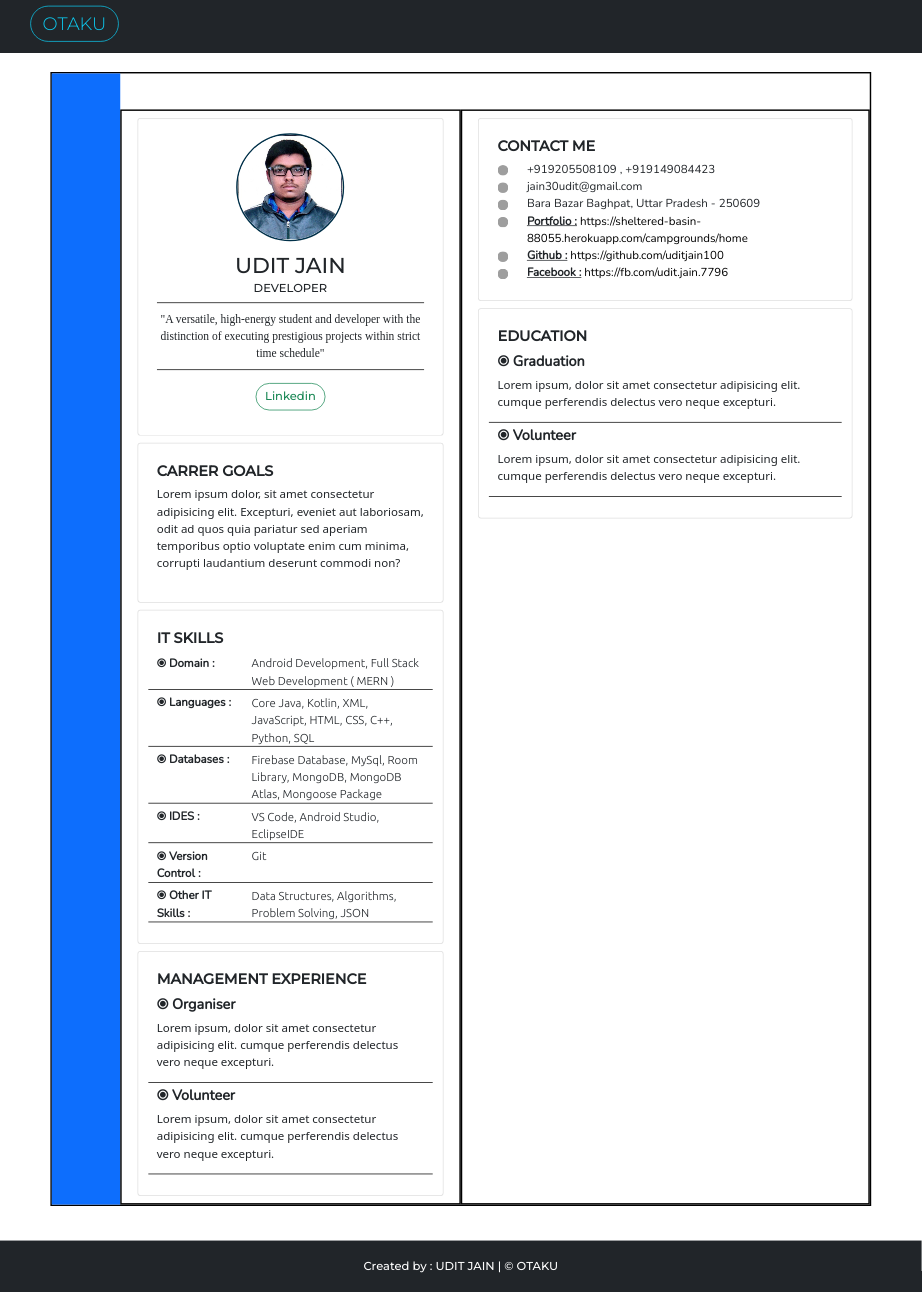
Repository: uditjain100/Responsive-Resume
Page: layouts/index.html
An editor plug-in stored every save of this project. The page is shown before and after the next save, followed by the edit.
The browser window is 1280 px wide. The pictures show the whole page, at 72% of full size.
Pictures or frames that could not be fetched are drawn as grey boxes. Some web fonts or font styles are not loaded; a fallback is used. Some web libraries are served in a nearby version.

Above is the page before, as saved 2021-03-01 17:37:25.

After the next save:
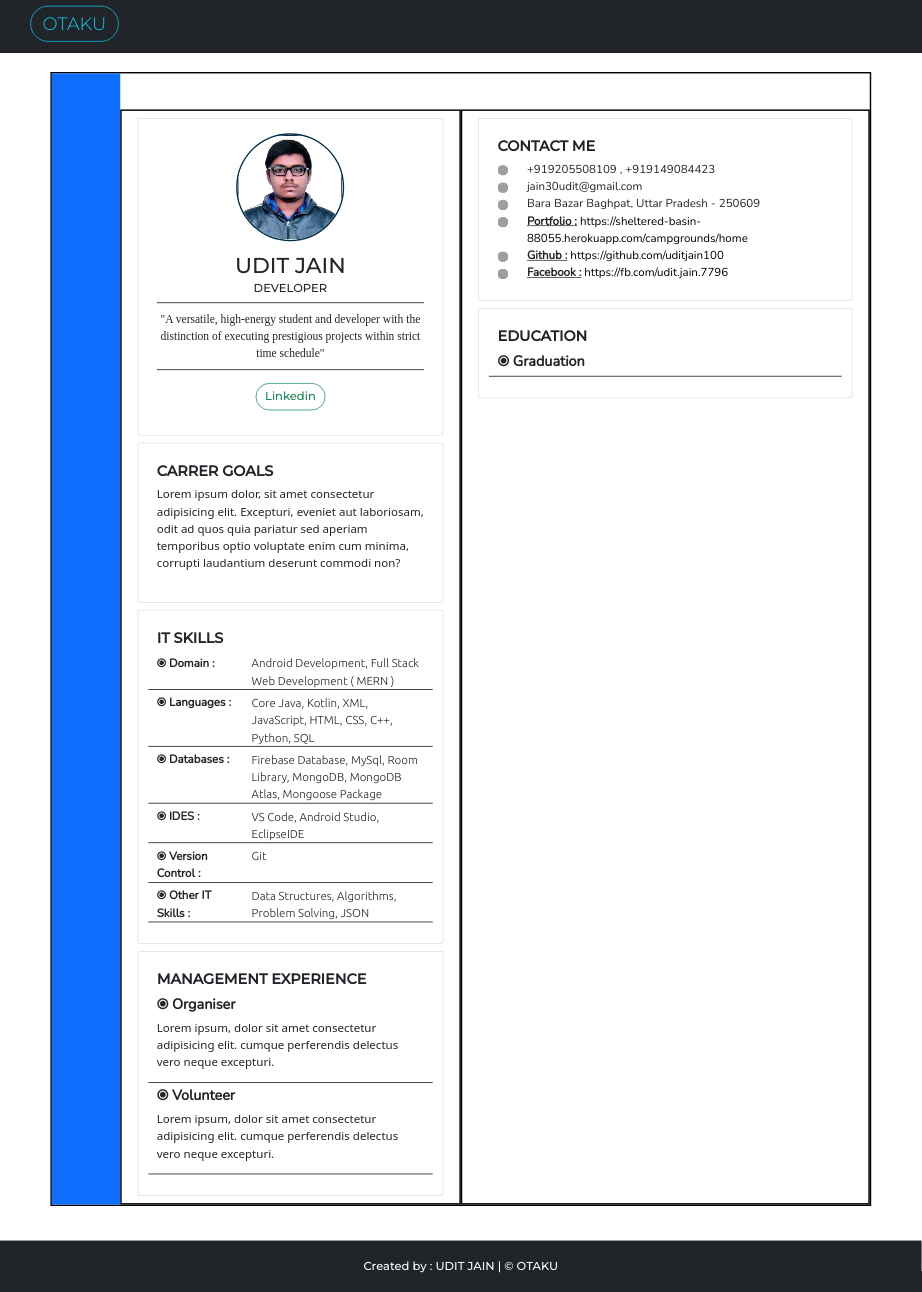
Saved 64 s later.
--- a/layouts/index.html
+++ b/layouts/index.html
@@ -258,17 +258,6 @@
               <ul class="list-group">
                 <li id="managementskillsitem" class="row">
                   <h5 id="que" class="display-10">⦿ Graduation</h5>
-                  <p>
-                    Lorem ipsum, dolor sit amet consectetur adipisicing elit.
-                    cumque perferendis delectus vero neque excepturi.
-                  </p>
-                </li>
-                <li id="managementskillsitem" class="row">
-                  <h5 id="que" class="display-10">⦿ Volunteer</h5>
-                  <p>
-                    Lorem ipsum, dolor sit amet consectetur adipisicing elit.
-                    cumque perferendis delectus vero neque excepturi.
-                  </p>
                 </li>
               </ul>
             </div>
